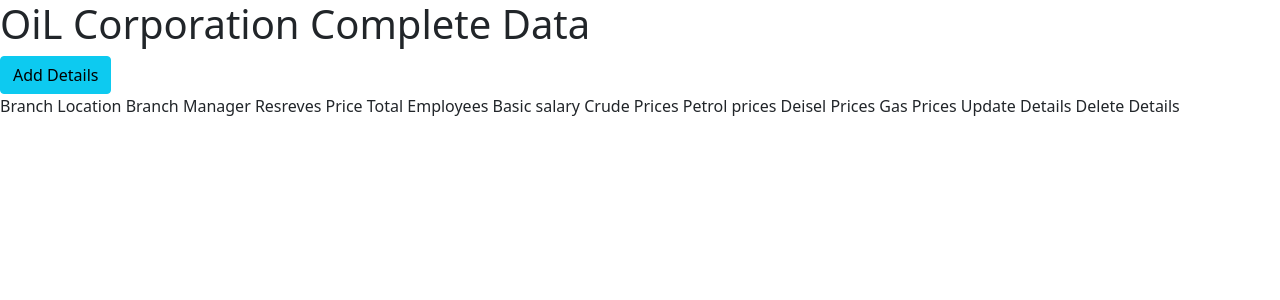
Repository: veerrajuMareddi/demo
Page: http://localhost/OilCorporation/views/result.jsp
The author's editor kept a copy of each file at every save. The page is drawn from the files as they stood at one save, then again after the next save.
The browser window is 1280 px wide. The pictures show the whole page.
The page is served by Tomcat 9. Other server files are loaded and not shown. The template is opened directly, without the code that normally fills it, so the values that code supplies are empty.

Above is the page before, as saved 2022-04-29 05:01:55.

### OilCorporation/src/main/webapp/views/result.jsp

<%@ page language="java" contentType="text/html; charset=ISO-8859-1"
pageEncoding="ISO-8859-1"%>
<%@ taglib uri="http://www.springframework.org/tags/form" prefix="form"%>
<%@taglib prefix="c" uri="http://java.sun.com/jsp/jstl/core"%>
<!DOCTYPE html>
<html>
<head>
<link
	href="https://cdn.jsdelivr.net/npm/bootstrap@5.1.3/dist/css/bootstrap.min.css"
	rel="stylesheet"
	integrity="sha384-1BmE4kWBq78iYhFldvKuhfTAU6auU8tT94WrHftjDbrCEXSU1oBoqyl2QvZ6jIW3"
	crossorigin="anonymous">
<meta charset="ISO-8859-1">
<title>Insert title here</title>
</head>
<body>
<h1>OiL Corporation Complete Data</h1>
<a class="btn btn-info" href="/src/callsave">Add Details</a>

<br>
<table.center { table#table1 { width:70%; margin-left:15%; margin-right:15%; }}>

<tr>
<th>Branch</th>
<th>Location</th>
<th>Branch Manager</th>
<th>Resreves</th>
<th>Price</th>
<th>Total Employees</th>
<th>Basic salary</th>
<th>Crude Prices</th>
<th>Petrol prices</th>
<th>Deisel Prices</th>

<th>Gas Prices</th>
<th>Update Details </th>
<th>Delete Details</th>
</tr>
<c:forEach var="emp" items="${oilCorp}" >
<tr>


<c:url var="deleteLink" value="/src/deleteById">
								<c:param name="Id" value="${emp.branch}" />
							</c:url>

<c:url var="updateLink" value="/src/update">
								<c:param name="Id" value="${emp.branch}" />
							</c:url>
<center>
<td>${emp.branch}</td>
<td>${emp.location}</td>
<td>${emp.branchManager}</td>
<td>${emp.oilReserves}</td>
<td>${emp.barrelPrice}</td>
<td>${emp.emp.toatalEmployees}</td>
<td>${emp.emp.salary}</td>
<td>${emp.prices.crudePrice}</td>
<td>${emp.prices.petrolPrice}</td>
<td>${emp.prices.dieselPrice}</td>
<td>${emp.prices.gasPrice}</td>
<td><a href="${updateLink}" class="btn btn-info">Update</a></td>
<td><a href="${deleteLink}" class="btn btn-danger">delete</a></td>
</center>
</tr>
</c:forEach>
</table>
</body>
</html>

After the next save:
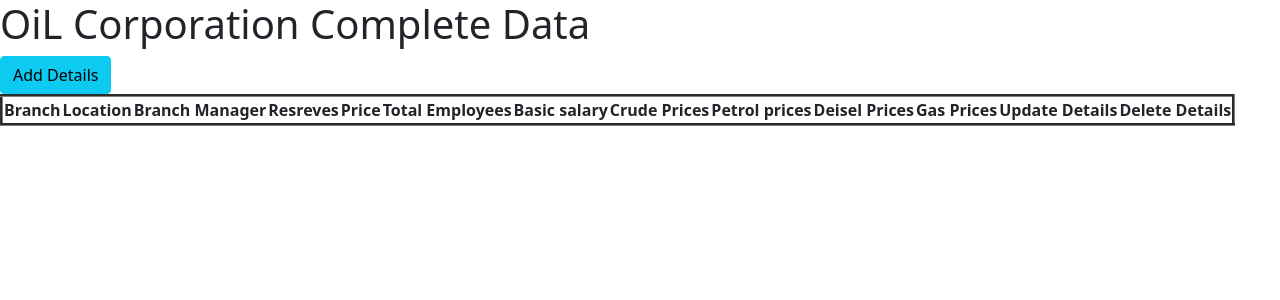
Saved 50 s later.
--- a/OilCorporation/src/main/webapp/views/result.jsp
+++ b/OilCorporation/src/main/webapp/views/result.jsp
@@ -19,7 +19,7 @@ pageEncoding="ISO-8859-1"%>
 <a class="btn btn-info" href="/src/callsave">Add Details</a>
 
 <br>
-<table.center { table#table1 { width:70%; margin-left:15%; margin-right:15%; }}>
+<table border="3">
 
 <tr>
 <th>Branch</th>
